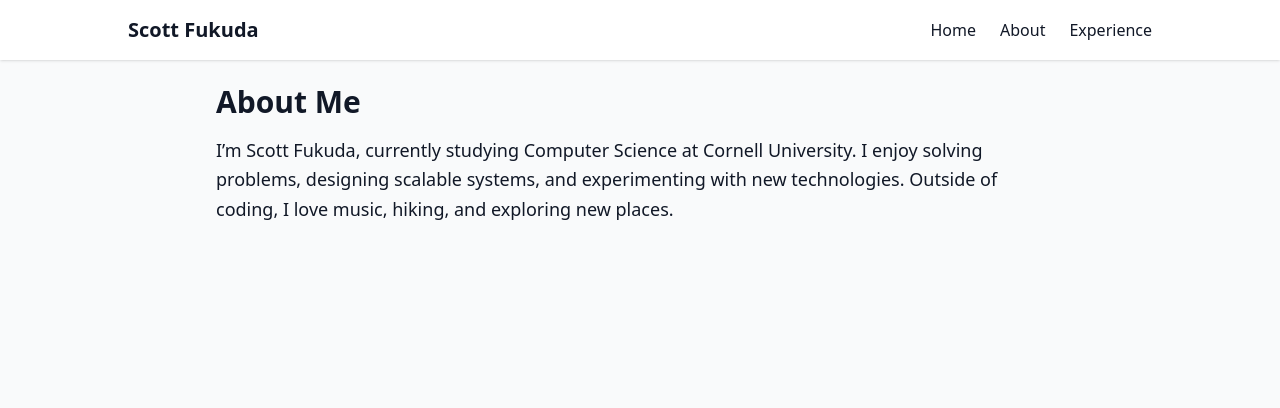
Repository: Scott-Fukuda/personalWebsite
Page: /about
These files come from the project's save history. The page is drawn as it stood at one moment and after the next save; the edit follows.
The browser window is 1280 px wide. The pictures show the whole page.
The project was rebuilt for these pictures with package versions that can differ from the ones it lists, and the page was loaded fresh each time. Also part of the build but not shown: vite.config.js, src/components/ProjectCard.jsx, src/data/projects.jsx, src/pages/Home.jsx, src/data/experiences.js, src/pages/Experience.jsx.

Above is the page before, as saved 2025-08-27 16:41:01.

After the next save:
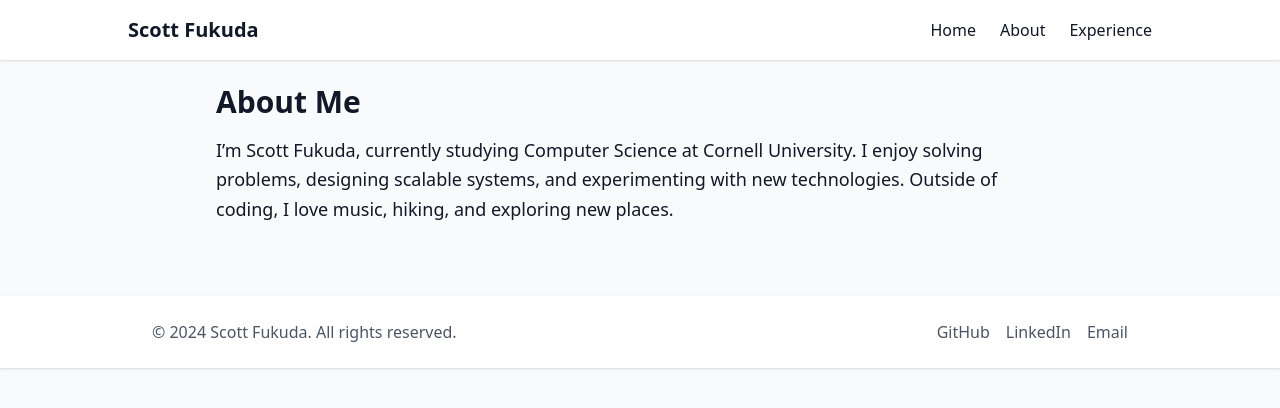
Saved 8 s later.
--- a/src/App.jsx
+++ b/src/App.jsx
@@ -15,6 +15,7 @@ export default function App() {
           <Route path="/about" element={<About />} />
           <Route path="/experience" element={<Experience />} />
         </Routes>
+        <Footer />
       </div>
     </Router>
   );
